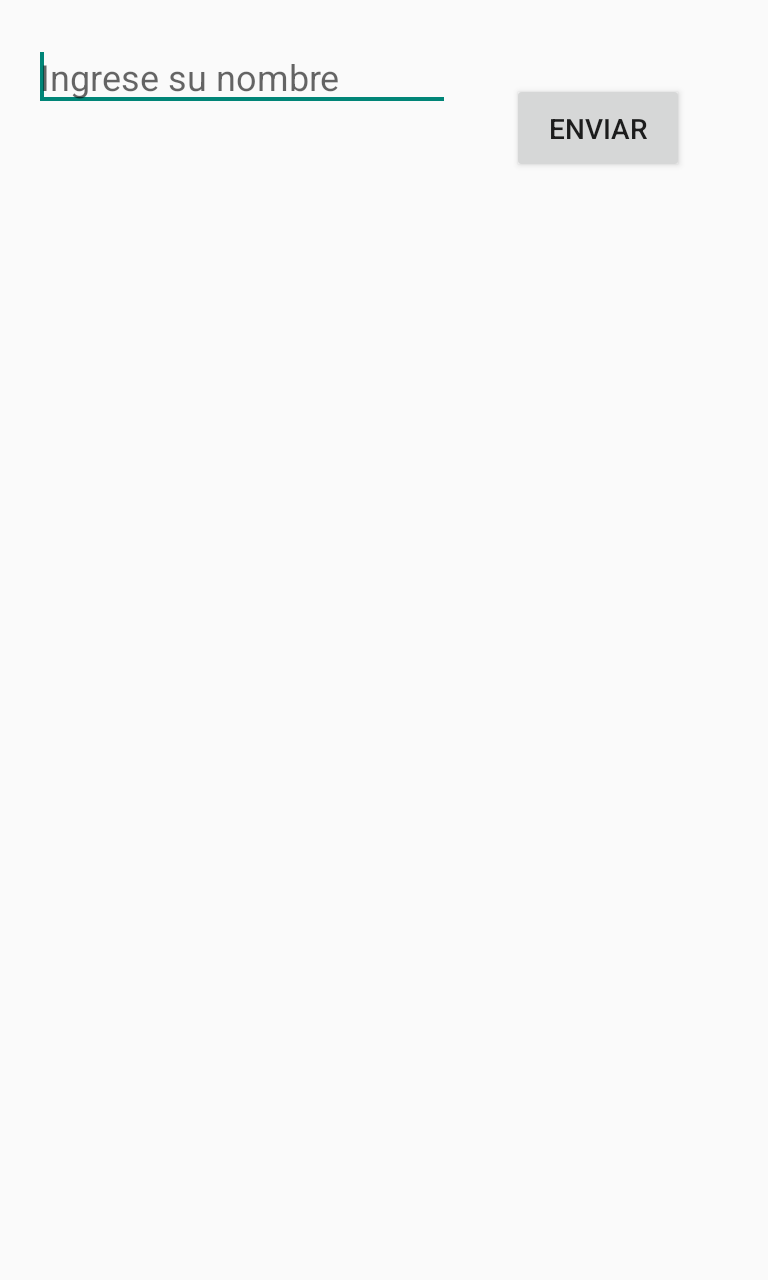
Repository: brayanpastor/Clases_Android
Layout: Ejemplo/res/layout/activity_main.xml
The author's editor kept a copy of each file at every save. The layout is drawn from the files as they stood at one save, then again after the next save.
It is drawn on a 768 x 1280 px phone screen (xhdpi) without system bars, with theme AppTheme; the app's code is not run.

Above is the layout before, as saved 2014-06-01 23:05:34.

After the next save:
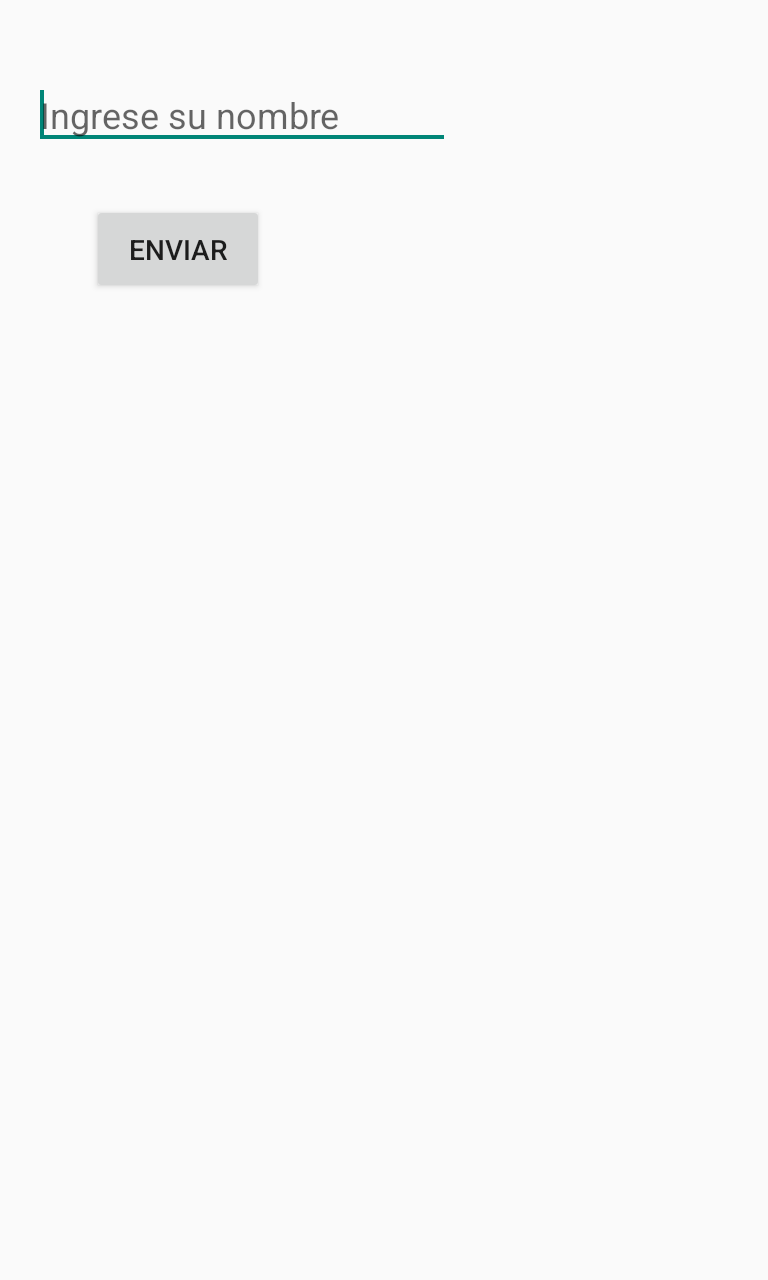
Saved 17 s later.
--- a/Ejemplo/res/layout/activity_main.xml
+++ b/Ejemplo/res/layout/activity_main.xml
@@ -6,7 +6,7 @@
     android:paddingLeft="@dimen/activity_horizontal_margin"
     android:paddingRight="@dimen/activity_horizontal_margin"
     android:paddingTop="@dimen/activity_vertical_margin"
-    android:orientation="horizontal"
+    android:orientation="vertical"
     tools:context="com.brayanpastor.ejemplo.MainActivity$PlaceholderFragment" >
 
     <TextView
